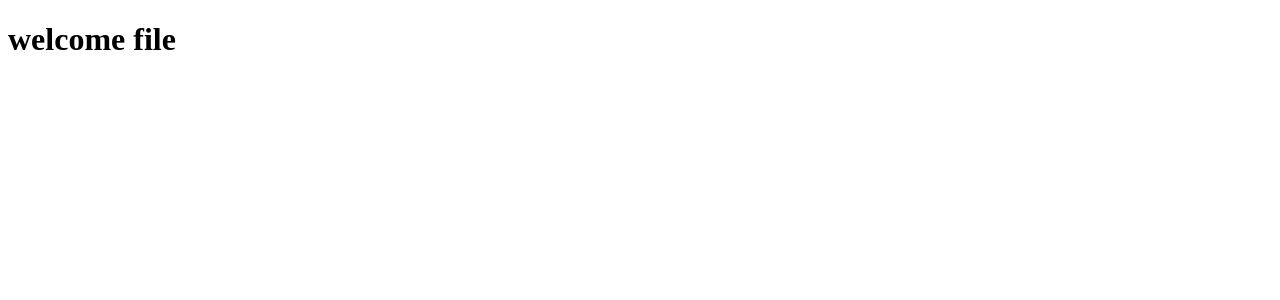
Repository: ghksl0204-shapa/dynamic-web
Page: MyFirstWebProject/src/main/webapp/index.html
An editor plug-in stored every save of this project. The page is shown before and after the next save, followed by the edit.
The browser window is 1280 px wide. The pictures show the whole page.

Above is the page before, as saved 2026-05-04 03:16:19.

After the next save:
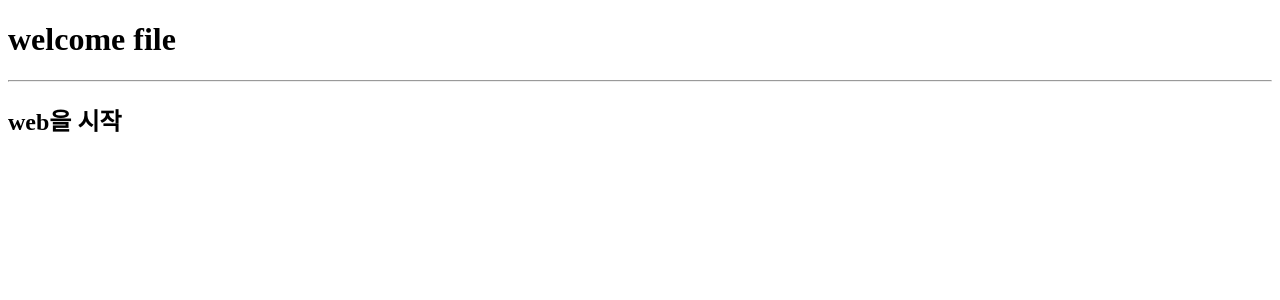
Saved 3 min 56 s later.
--- a/MyFirstWebProject/src/main/webapp/index.html
+++ b/MyFirstWebProject/src/main/webapp/index.html
@@ -39,5 +39,11 @@
 		    Finish 버튼 클릭
 	-->
 
+	<hr>
+
+	<h2>web을 시작</h2>
+
+
+
 </body>
 </html>
